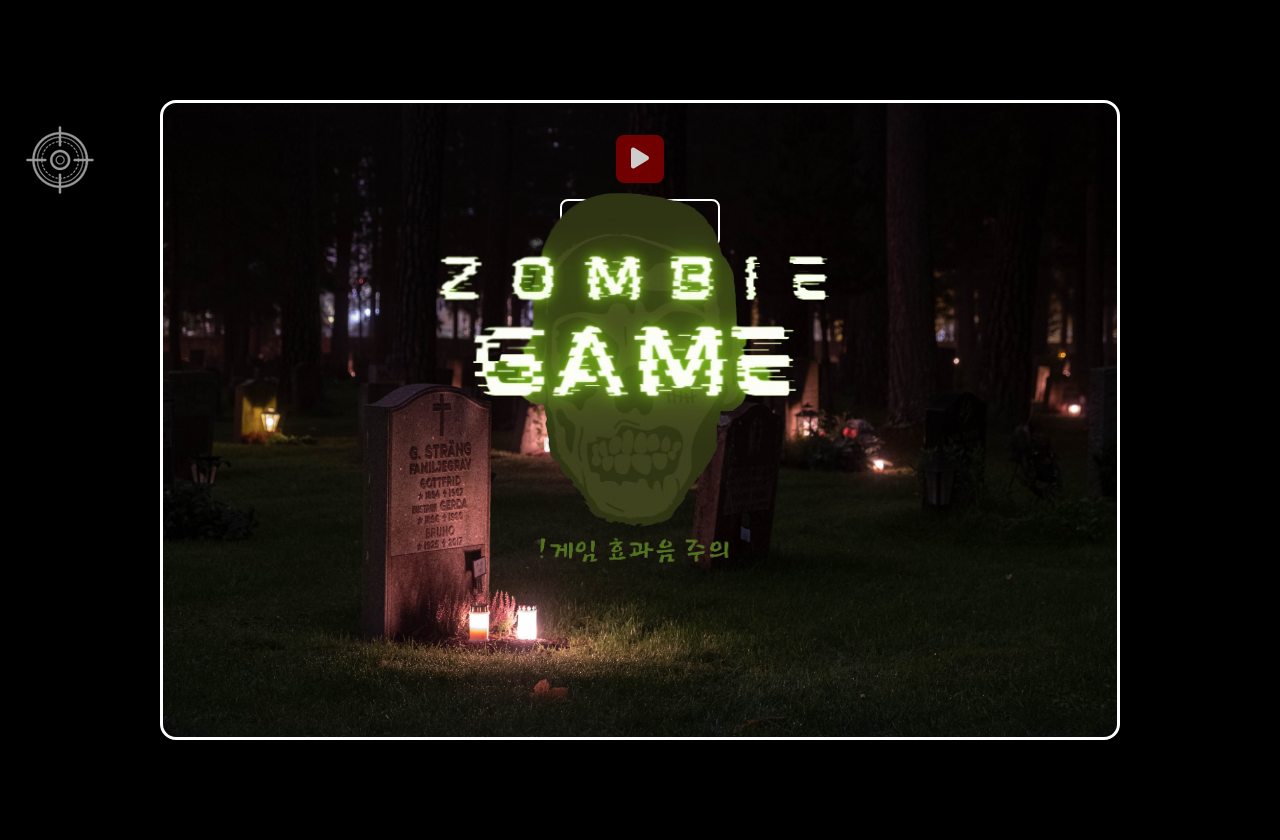
Repository: MrJinkyu/ZombieGame
Page: index.html
These files come from the project's save history. The page is drawn as it stood at one moment and after the next save; the edit follows.
The browser window is 1280 px wide. The pictures show the whole page.
Some web libraries are served in a nearby version.

Above is the page before, as saved 2023-04-10 20:18:20.
Console error: SyntaxError: Identifier 'gamePoster' has already been declared

### index.html
<!DOCTYPE html>
<html lang="en">
<head>
    <meta charset="UTF-8">
    <meta http-equiv="X-UA-Compatible" content="IE=edge">
    <meta name="viewport" content="width=device-width, initial-scale=1.0">
    <title>Zombie Game</title>
    <link rel="stylesheet" href="style.css">
    <script src="main.js" defer></script>
    <script src="https://kit.fontawesome.com/83424fe51a.js" crossorigin="anonymous"></script>
</head>
<body>
    <img src="img/game2.png" class="game-poster">
    <img src="img/target.png" alt="target" class="game__target">
    <section class="game">
        <haeder class="game__header">
            <button class="game__btn">
                <i class="fa-sharp fas fa-play"></i>
            </button>
            <span class="game__timer">00:00</span>
            <span class="game__score">☠️<br> 0/0</span>
        </haeder>
        <section class="game__field">
        </section>
    </section>
    <section class="pop-up">
        <button class="pop-up__refresh">
            <i class="fa fa-rotate-right"></i>
        </button>
        <div class="pop-up__message">Replay❓</div>
    </section>
</body>
</html>

### style.css
*{
    box-sizing: border-box;
    margin: 0;
    padding: 0;
}

body{
    background-color: black;
    overflow: hidden;
}

.game{
    background: url('img/background.jpg') center/cover;
    width: 60rem;
    height: 40rem;
    border: 0.2rem solid white;
    border-radius: 1rem;
    margin: 100px auto;
    overflow: hidden;
}

.game-poster{
    position: absolute;
    top: 50%;
    left: 50%;
    transform: translate(-50%,-50%);
    width: 30rem;
    height: 30rem;
    transition: all 300ms linear;
    z-index: 1;
}

.game__target{
    position: absolute;
    opacity: 0.6;
}

.game__header{
    display: flex;
    flex-direction: column;
    align-items: center;
    height: 40%;
}

.game__btn{
    margin-top: 2rem;
    width: 3rem;
    height: 3rem;
    background-color: darkred;
    color: white;
    border: none;
    border-radius: 0.5rem;
    outline: none;
    opacity: 0.8;
    font-size: 1.5rem;
}

.game__btn:hover{
    transform: scale(1.1);
    opacity: 1;
}

.game__timer{
    margin-top: 1rem;
    width: 10rem;
    height: 3rem;
    border-radius: 0.5rem;
    border: 2px solid white;
    color: white;
    line-height: 3rem;
    font-size: 2.5rem;
    cursor: auto;
    user-select: none;
    text-align: center;
}

.game__score{
    padding-top: 0.5rem;
    margin-top: 1rem;
    width: 6rem;
    height: 4rem;
    border:2px solid darkorange;
    font-size: 1.4rem;
    line-height: 1.5rem;
    border-radius: 1rem;
    background-color: transparent;
    color: darkorange;
    cursor: auto;
    user-select: none;
    opacity: 0.8;
    text-align: center;
    transition: all 200ms ease-in;
}

.game__field{
    width: 100%;
    height: 60%;
    position: relative;
}

.zombie{
    position: absolute;
    font-size: 3rem;
    transition: all 200ms ease-in;
    cursor: auto;
    user-select: none;
}

.zombie:hover{
    transform: scale(1.1);
}


.pop-up{
    width: 25rem;
    height: 10rem;
    background-color: #00000090;
    text-align: center;
    margin: 0 auto;
    transform: translateY(-20rem);
    display: none;

}

.pop-up.visible{
    display: block;
}

.pop-up__refresh{
    width: 3rem;
    height: 3rem;
    margin-top: 2rem;
    background-color: white;
    color: darkorange;
    border-radius: 50%;
    border: 2px solid darkorange;
    font-size: 1.5rem;
    transition: all 200ms ease-in;
}

.pop-up__refresh:hover{
    transform: rotate(360deg);
}

.pop-up__message{
    margin-top: 0.5rem;
    color: white;
    font-size: 2rem;
}

### main.js
'use strict';

const GAME_DURATION_SEC = 10;

const target = document.querySelector('.game__target');
const field = document.querySelector('.game__field');
const fieldRect = field.getBoundingClientRect();
const gameBtn = document.querySelector('.game__btn');
const gameTimer = document.querySelector('.game__timer');
const gameScore = document.querySelector('.game__score');
const popUp = document.querySelector('.pop-up');
const popUpMessage = document.querySelector('.pop-up__message');
const popUpRefreshBtn = document.querySelector('.pop-up__refresh');

const shotSound = new Audio('./sound/shot.mp3');
const bgSound = new Audio('./sound/bg.mp3');
const successSound = new Audio('./sound/success.mp3');
const zombieSound = new Audio('./sound/zombie.mp3');

let stared = false;
let timer = undefined;
let kill = 0;

const Zombie = {
    width:48,
    height:63,
    className:'zombie',
    man:'🧟‍♂️',
    boy:'🧟',
    girl:'🧟‍♀️',
    count: 3,
}

popUpRefreshBtn.addEventListener('click',()=>{
    HidePopUp();
    showGameBtn();
    start();
});

gameBtn.addEventListener('click',()=>{
    if(!stared){
        start();
    }else{
        stop();
    }
});

function start(){
    stared = true;
    init();
    stopGameBtn();
    startGameTimer();
    showGameBtn();
    playSound(bgSound);
}

function stop(){
    stopSound(bgSound);
    stared = false;
    hideGameBtn();
    showPopUpWithText('Replay❓');
    stopGameTimer();
}

function finish(win){
    stopSound(bgSound);
    stared = false;
    stopGameTimer();
    hideGameBtn();
    if(win){
        showPopUpWithText('Mission accomplished!! ✅');
        playSound(successSound);
    }else{
        showPopUpWithText('Mission failed..🩸');
        playSound(zombieSound);
    }
}

function HidePopUp(){
    popUp.classList.remove('visible');
}

function showPopUpWithText(text){
    popUpMessage.innerHTML = text;
    popUp.classList.add('visible');
}

function showGameBtn(){
    gameBtn.style.visibility = 'visible';
}

function hideGameBtn(){
    gameBtn.style.visibility = 'hidden';
}

function showUrgentTimer(){
    gameTimer.style.borderColor='red';
    gameTimer.style.color='red';
}

function initTimerStyle(){
    gameTimer.style.borderColor='white';
    gameTimer.style.color='white';
}

function startGameTimer(){
    let remainingTimeSec = GAME_DURATION_SEC;
    showUpdatedTime(remainingTimeSec);
    initTimerStyle();
    timer = setInterval(()=>{
        if(remainingTimeSec<=3){
            showUrgentTimer();
        }
        if(remainingTimeSec<=0){
            clearInterval(timer);
            finish(kill == Zombie.count);
            return ;
        }
        showUpdatedTime(--remainingTimeSec);
    },1000);
}

function showUpdatedTime(time){
    let minute = Math.floor(time/60);
    let seconds = time%60;

    gameTimer.innerHTML=`${minute}:${seconds}`;
}

function stopGameTimer(){
    clearInterval(timer);
}

function startGameBtn(){
    const icon = document.querySelector('.fas');
    icon.classList.add('fa-sharp');
    icon.classList.remove('fa-stop');
    icon.classList.add('fa-play');
}

function stopGameBtn(){
    const icon = document.querySelector('.fas');
    icon.classList.remove('fa-sharp');
    icon.classList.add('fa-stop');
    icon.classList.remove('fa-play');
}

function init(){
    field.innerHTML='';
    kill = 0;
    gameScore.innerHTML= `☠️<br>0/${Zombie.count*3}`;
    addZombie(Zombie.className,Zombie.man,Zombie.count);
    addZombie(Zombie.className,Zombie.boy,Zombie.count);
    addZombie(Zombie.className,Zombie.girl,Zombie.count);

    const zombies = document.querySelectorAll('.zombie');
    moveZombies(zombies);
}

function moveZombies(zombies){
    for (let i = 0; i < zombies.length; i++) {
        let x = 0;
        let y = 0;
        setInterval(moveElement, 500, zombies[i]);

            function moveElement(element) {

                let newX = randomNumber(fieldRect.width - Zombie.width);
                let newY = randomNumber(fieldRect.height - Zombie.height);

                let deltaX = newX - x;
                let deltaY = newY - y;

                x = newX;
                y = newY;

                element.style.transition = "transform 5s";
                element.style.transform = `translate(${deltaX}px,${deltaY}px)`;
            }
        }
}

function addZombie(className,zombieType,count){
    for(let i=0; i<count; i++){
        const zombie = document.createElement('span');
        zombie.setAttribute('class',className);
        zombie.innerHTML = zombieType;
        const x = randomNumber(fieldRect.width-Zombie.width);
        const y = randomNumber(fieldRect.height-Zombie.height);
        zombie.style.left = `${x}px`;
        zombie.style.top = `${y}px`;
        field.appendChild(zombie);
    }
}

function randomNumber(max){
    return Math.floor(Math.random()*max);
}

function hunt(e){
    if(!stared){
        return;
    }
    if(e.target.className === Zombie.className){
        e.target.remove();
        kill++;
        updateScoreBoard();
        animScoreBoard();
        if(kill === Zombie.count*3){
            finish(true);
        }
    }else{

        return ;
    }
}

function animScoreBoard(){
    gameScore.style.fontSize = '2rem';
    setTimeout(()=>{
        gameScore.style.fontSize = '1.4rem';
    },200);
}

function updateScoreBoard(){
    gameScore.innerHTML = `☠️<br>${kill}/${Zombie.count*3}`;
}

function playShotSound(e){
    if(stared && e.target.className == 'game__field' || stared && e.target.className == 'zombie'){
        playSound(shotSound);
    }
}

window.addEventListener('load',()=>{
    const targetRect = target.getBoundingClientRect();
    setTimeout(hideGamePoster,2000);
    document.addEventListener('mousemove',(e)=>{
        target.style.transform = `translate(${e.clientX-targetRect.width/2}px,${e.clientY-targetRect.height/2-100}px)`;
    });
    document.addEventListener('click',(e)=>{
        hunt(e);
        playShotSound(e);
    });
});

function playSound(sound){
    sound.currentTime = 0;
    sound.play();
}

function stopSound(sound){
    sound.pause();
}

const gamePoster = document.querySelector('.game-poster');

function gamePoster(){
    setTimeout(hideGamePoster,5000);
}


function hideGamePoster(){
    gamePoster.style.display = 'none';
}

After the next save:
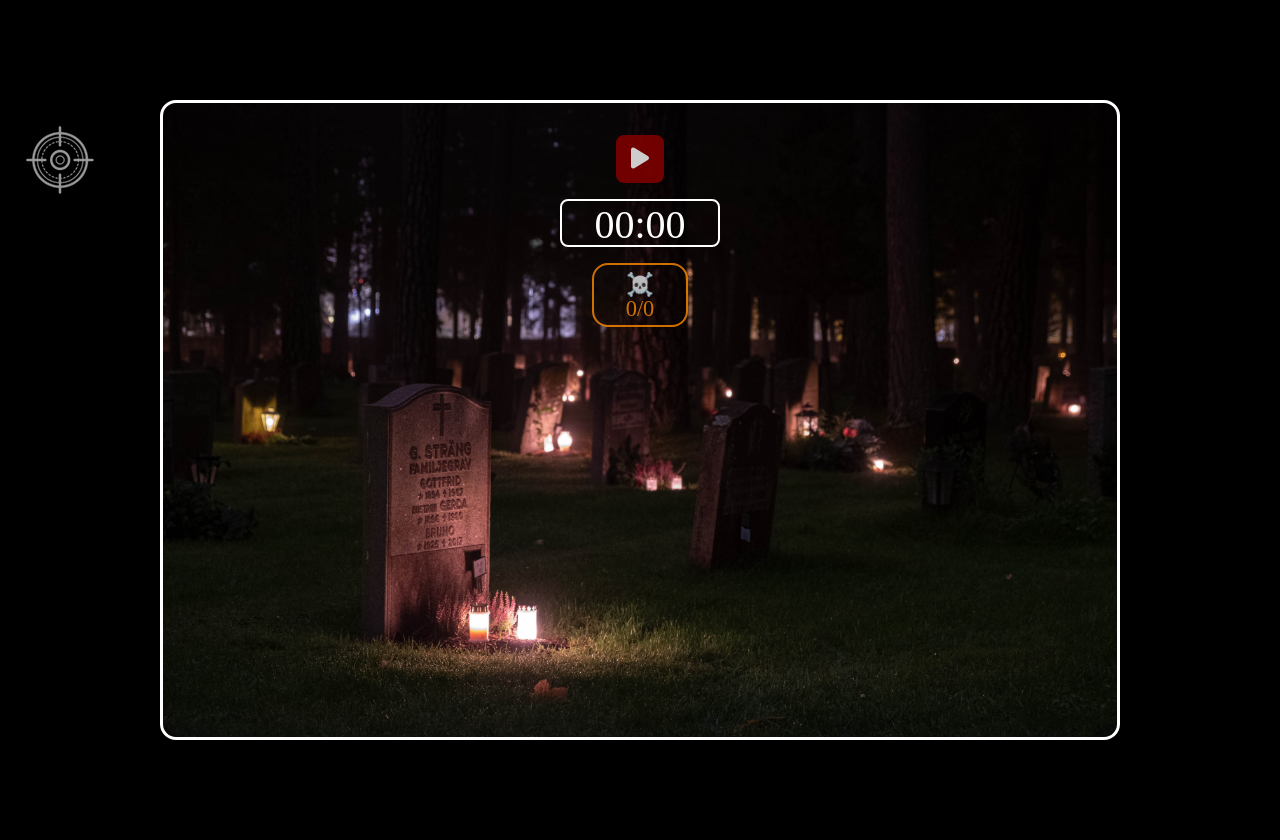
The error is gone.
Saved 10 s later.
--- a/main.js
+++ b/main.js
@@ -255,11 +255,6 @@
 
 const gamePoster = document.querySelector('.game-poster');
 
-function gamePoster(){
-    setTimeout(hideGamePoster,5000);
-}
-
-
 function hideGamePoster(){
     gamePoster.style.display = 'none';
 }
